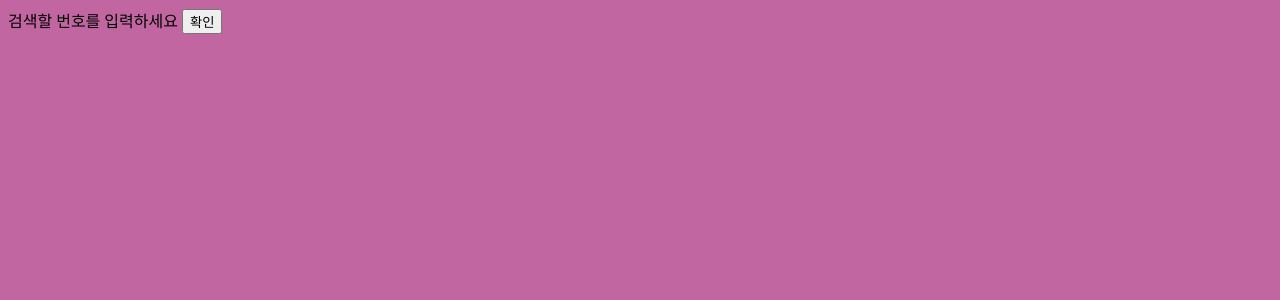
Repository: violetaplum/eclipseJSP
Page: JSP/WebContent/jsp_DB/db_test2.html
These files come from the project's save history. The page is drawn as it stood at one moment and after the next save; the edit follows.
The browser window is 1280 px wide. The pictures show the whole page.

Above is the page before, as saved 2019-06-11 11:17:18.

### JSP/WebContent/jsp_DB/db_test2.html
<!DOCTYPE html PUBLIC "-//W3C//DTD HTML 4.01 Transitional//EN" "http://www.w3.org/TR/html4/loose.dtd">
<html>
<head>
<meta http-equiv="Content-Type" content="text/html; charset=UTF-8">
  <style>
  body
  {
    background: #c166a1;
    align:center;
  }
  </style>
</head>
<body>
	<form action="jsp_db2.jsp" method="post"> <!-- jsp_db2.jsp로 입력된 값 전달 -->
	검색할 번호를 입력하세요
		<input type="submit" value="확인">
	</form>
</body>
</html>

After the next save:
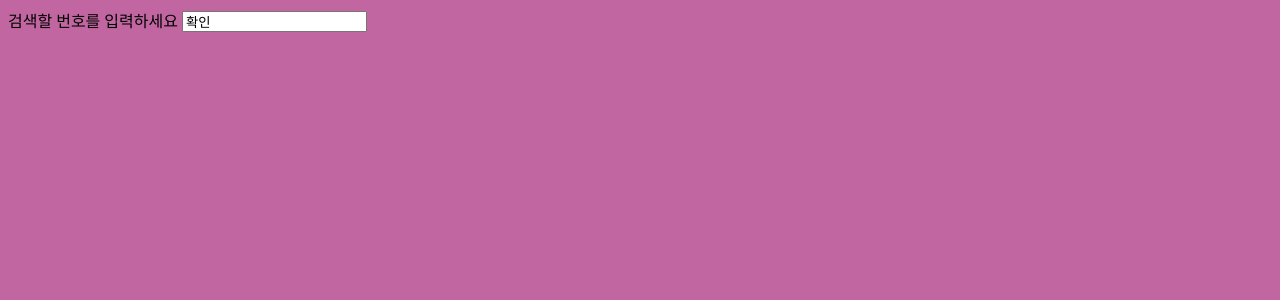
Saved 6 s later.
--- a/JSP/WebContent/jsp_DB/db_test2.html
+++ b/JSP/WebContent/jsp_DB/db_test2.html
@@ -12,7 +12,7 @@
 </head>
 <body>
 	<form action="jsp_db2.jsp" method="post"> <!-- jsp_db2.jsp로 입력된 값 전달 -->
-	검색할 번호를 입력하세요
+	검색할 번호를 입력하세요 <input type=""
 		<input type="submit" value="확인">
 	</form>
 </body>
